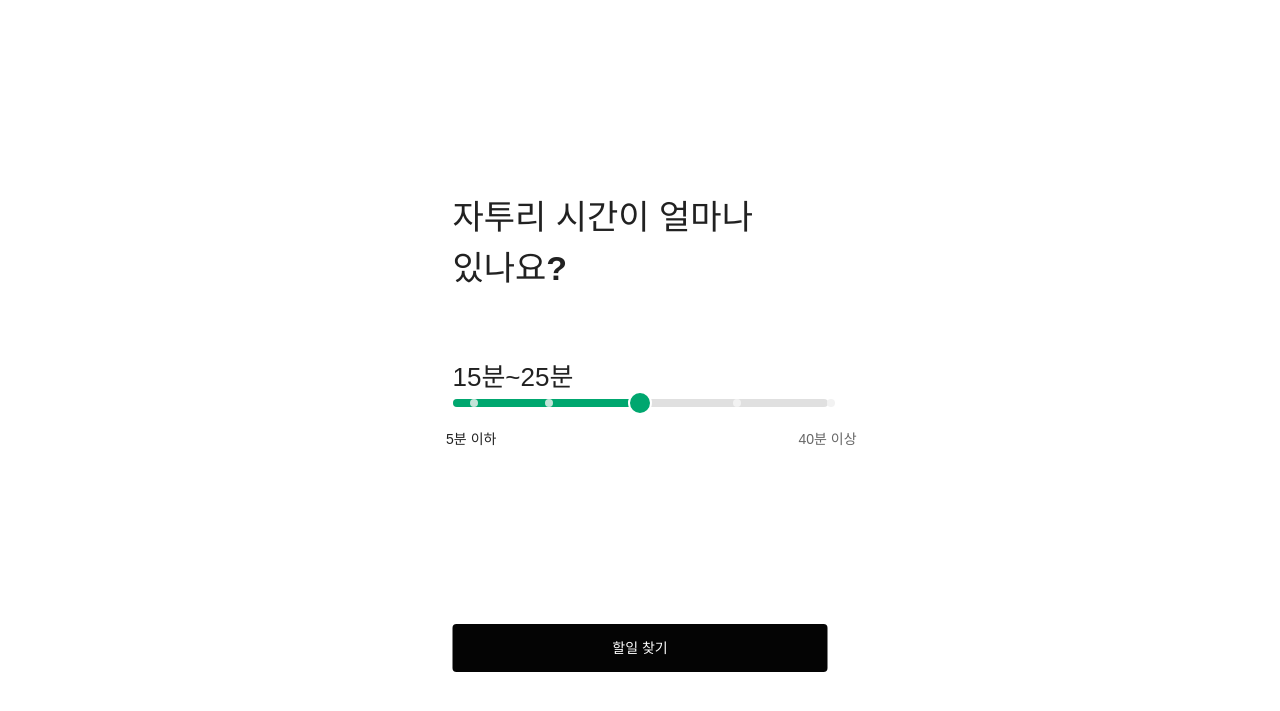
Repository: Tickley-Team/Tickley
Page: /survey
An editor plug-in stored every save of this project. The page is shown before and after the next save, followed by the edit.
The browser window is 1280 px wide. The pictures show the whole page.
The project was rebuilt for these pictures with package versions that can differ from the ones it lists, and the page was loaded fresh each time. Also part of the build but not shown: vite.config.ts, src/components/BottomNavbar.css, src/components/BottomNavbar.tsx, src/hooks/useLocalStorage.ts, src/stores/timeLeftStore.ts, src/utils.ts, src/components/BasicDialog.tsx, src/pages/Todos.tsx and 12 more.

Above is the page before, as saved 2024-12-09 17:25:58.

After the next save:
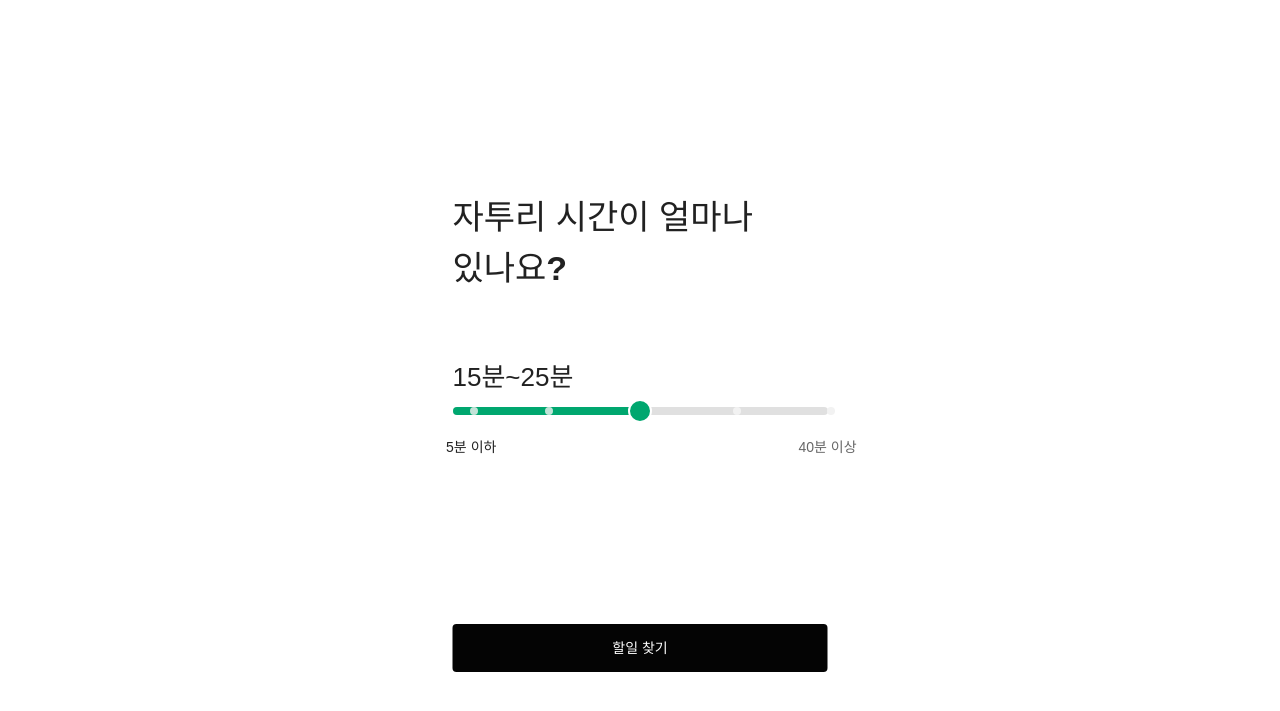
Saved 8 s later.
--- a/src/components/RangeSlider.tsx
+++ b/src/components/RangeSlider.tsx
@@ -44,7 +44,7 @@ export const RangeSlider = ({ ...restProps }: RangeSliderProps) => {
 const CustomSlider = styled(Slider)({
   height: 8,
   padding: 0,
-  marginTop: 2,
+  marginTop: 10,
   '& .MuiSlider-rail': {
     opacity: 1,
     backgroundColor: '#E0E0E0', // gray300
